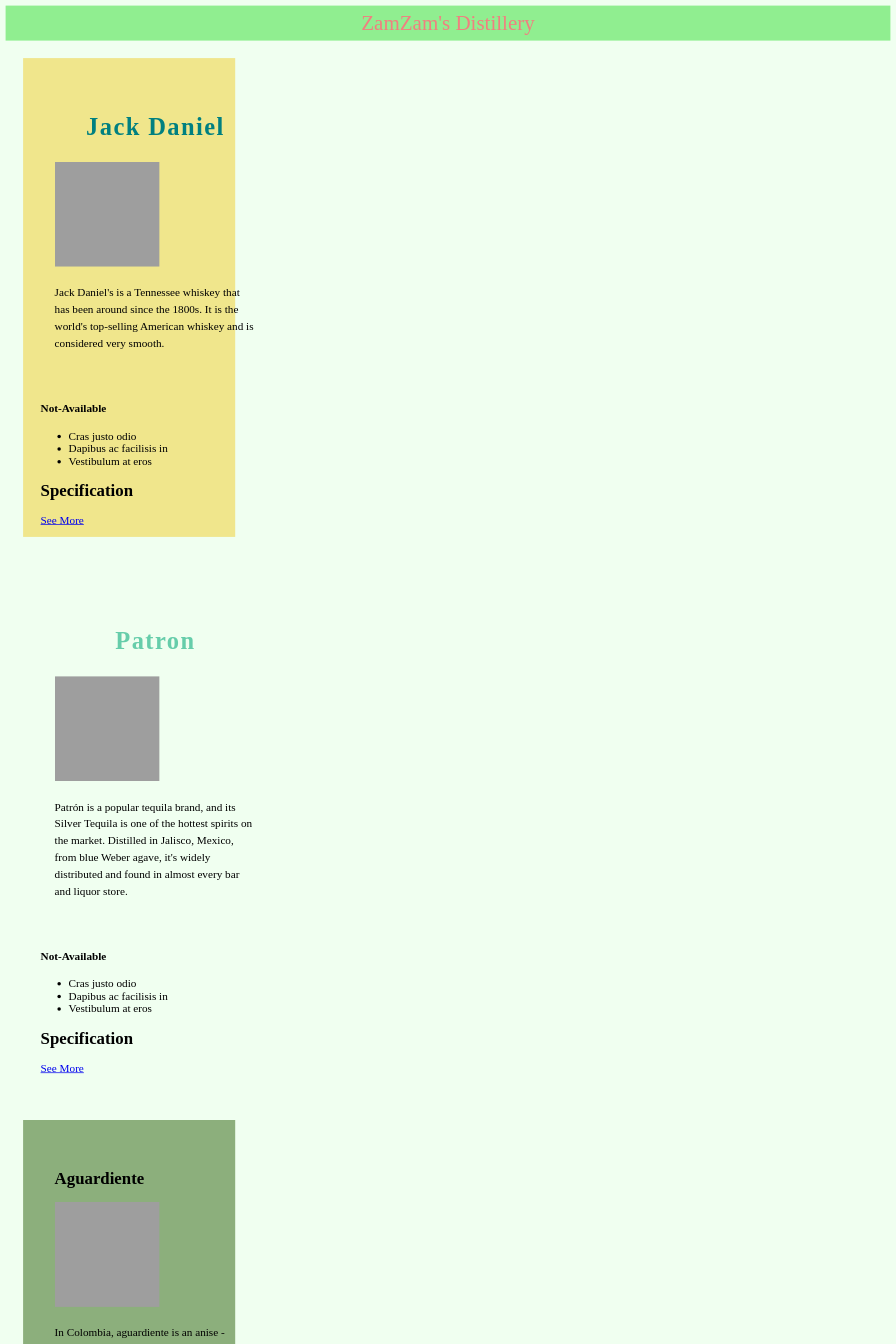
Repository: ZamlZam/REPO-11
Page: product-cards/index.html
These files come from the project's save history. The page is drawn as it stood at one moment and after the next save; the edit follows.
The browser window is 1280 px wide. The pictures show the part of the page from y = 0 to 1920 px (the page is 3476 px tall), at 70% of full size.
Pictures or frames that could not be fetched are drawn as grey boxes.

Above is the page before, as saved 2023-04-14 20:35:43.

After the next save:
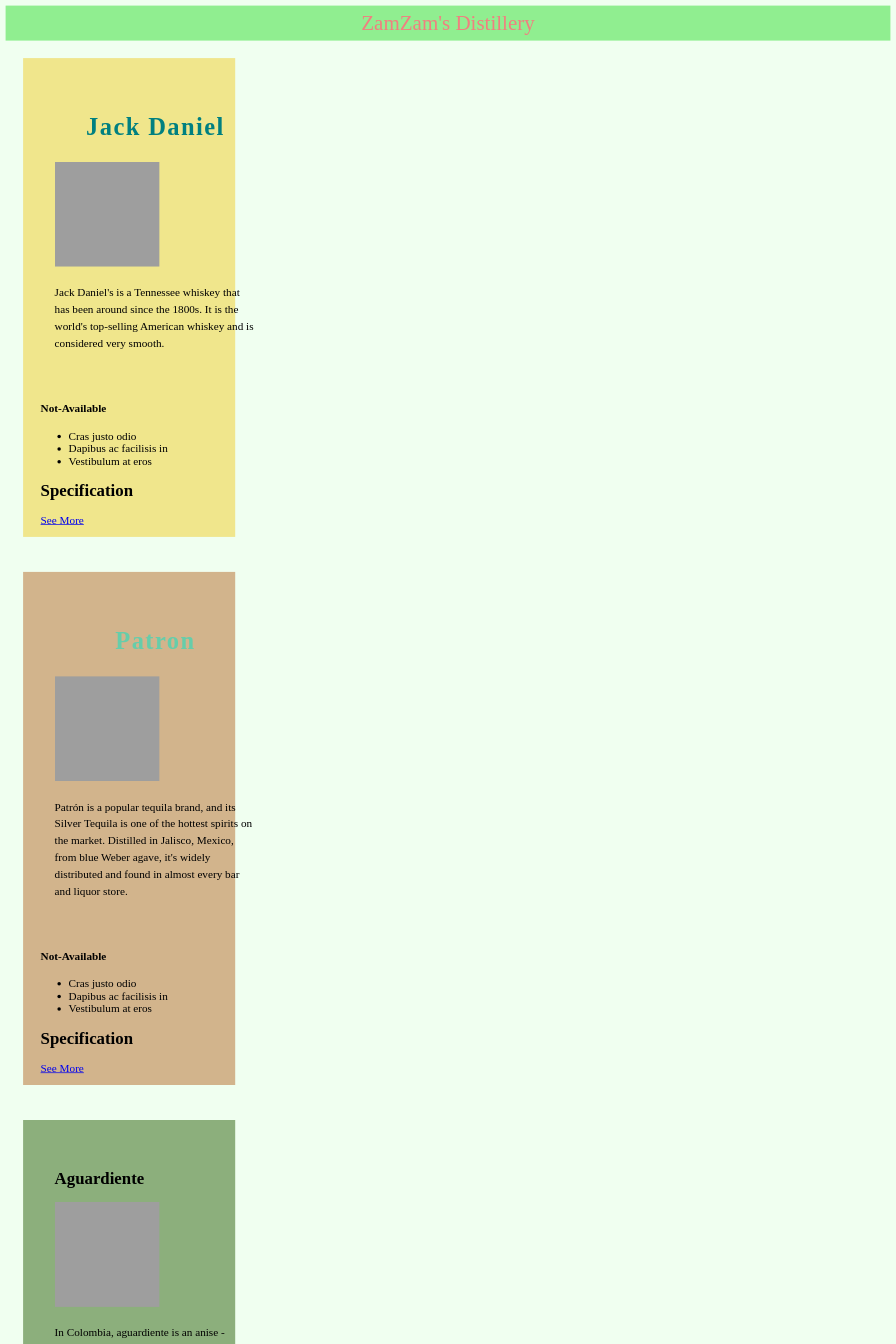
Saved 5 s later.
--- a/product-cards/main.css
+++ b/product-cards/main.css
@@ -78,7 +78,7 @@
 .card-wrap2 .card-item2 {
   padding: 15px 25px;
   width: 100%;
-  background-color:t;
+  background-color:tan;
 }
 
 .card-wrap2 .card2 {
